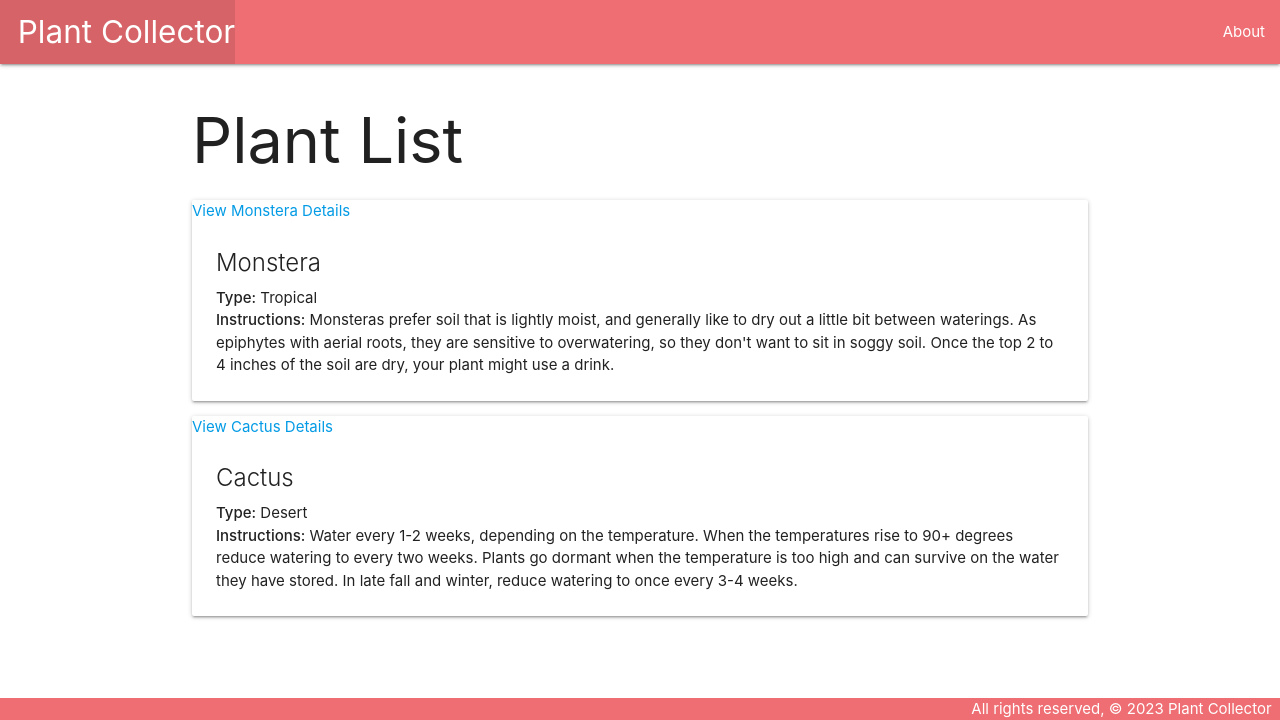
Repository: thecoachanna/plant-collector
Page: http://localhost/plants/
These files come from the project's save history. The page is drawn as it stood at one moment and after the next save; the edit follows.
The browser window is 1280 px wide. The pictures show the whole page.
The page is served by the project's application, run on Django 4.2 (manage.py). Other server files are loaded and not shown. The page reads the database file committed with the project.

Above is the page before, as saved 2023-03-11 15:39:09.

### main_app/templates/plants/index.html
{% extends 'base.html' %}
{% block content %}

<h1>Plant List</h1>

{% for plant in plants %}
  <div class="card">
    <a href='/plants/{{ plant.id }}'>View {{plant.name}} Details</a>
    <div class="card-content">
      <span class="card-title">{{ plant.name }}</span>
      <p><strong>Type:</strong> {{ plant.type }}</p>
      <p><strong>Instructions:</strong> {{plant.instructions}}</p>
    </div>
  </div>
{% endfor %}
{% endblock %}

### main_app/templates/base.html
{% load static %}
<!DOCTYPE html>
<html lang="en">
<head>
    <meta charset="UTF-8">
    <meta http-equiv="X-UA-Compatible" content="IE=edge">
    <meta name="viewport" content="width=device-width, initial-scale=1.0">
    <title>Plant Collector</title>
    <link rel="stylesheet" href="https://cdnjs.cloudflare.com/ajax/libs/materialize/1.0.0/css/materialize.min.css">
    <script src="https://cdnjs.cloudflare.com/ajax/libs/materialize/1.0.0/js/materialize.min.js"></script>
    <link rel="stylesheet" type="text/css" href="{% static 'css/style.css' %}">
</head>
<body>
    <header class="navbar-fixed">
        <nav>
            <div class="nav-wrapper">
                <ul>
                    <li><a href="/" class="left brand-logo">&nbsp;&nbsp;Plant Collector</a></li>
                </ul>
                <ul class="right">
                    <li><a href="{% url 'about' %}">About</a></li>
                    {% comment %} <li><a href="{% url 'plants_create' %}">Add a Plant</a></li>
                    <li><a href="{% url 'index' %}">View All My Plants</a></li> {% endcomment %}
                </ul>
            </div>
        </nav>
    </header>
    <main class="container">
        {% block content %}
        {% endblock %}
    </main>
    <footer class="page-footer">
        <div class="right">All rights reserved, &copy; 2023 Plant Collector &nbsp;</div>
    </footer>
</body>
</html>

### main_app/models.py
from django.db import models

# Create your models here.
class Plant(models.Model):
    name = models.CharField(max_length=100, default='')
    type = models.CharField(max_length=100, default='')
    instructions = models.TextField(max_length=400, default='')

    # dunder str method return plant name
    def __str__(self):
        return self.name

### main_app/views.py
from django.shortcuts import render
from .models import Plant

# Create your views here.
# View functions match URLs to code like Controllers in Express
# define home view function
def home(request):
    return render(request, 'home.html')

# define about view function
def about(request):
    return render(request, 'about.html')

# index route for plants
def plants_index(request):
    # pass data to our templates through view functions - gather relations from SQL using model methods
    plants = Plant.objects.all()
    return render(request, 'plants/index.html', {'plants': plants})

# Detail route for plants
# plant_id is defined, expecting an integer in our url
def plants_detail(request, plant_id):
    plant = Plant.objects.get(id=plant_id)

    return render(request, 'plants/detail.html', { 'plant': plant })

### plantcollector/urls.py
"""plantcollector URL Configuration

The `urlpatterns` list routes URLs to views. For more information please see:
    https://docs.djangoproject.com/en/4.1/topics/http/urls/
Examples:
Function views
    1. Add an import:  from my_app import views
    2. Add a URL to urlpatterns:  path('', views.home, name='home')
Class-based views
    1. Add an import:  from other_app.views import Home
    2. Add a URL to urlpatterns:  path('', Home.as_view(), name='home')
Including another URLconf
    1. Import the include() function: from django.urls import include, path
    2. Add a URL to urlpatterns:  path('blog/', include('blog.urls'))
"""
from django.contrib import admin
from django.urls import path, include

urlpatterns = [
    path('admin/', admin.site.urls),
    # '' represents the "starts with" path
    path('', include('main_app.urls')),
]

### main_app/urls.py
from django.urls import path
from . import views

urlpatterns = [
    # using an empty string makes this the root route
    # views.home refers to a view that renders a file
    # the name='home' kwarg gives the route a name
    # naming routes is optional but best practice
    path('', views.home, name='home'),
    path('about/', views.about, name='about'),
    # path for plants
    path('plants/', views.plants_index, name='index'),
    path('plants/<int:plant_id>/', views.plants_detail, name='detail'),
]

### db.sqlite3 (the tables this page reads, as SQL)
CREATE TABLE "main_app_plant" ("id" integer NOT NULL PRIMARY KEY AUTOINCREMENT, "instructions" text NOT NULL, "name" varchar(100) NOT NULL, "type" varchar(100) NOT NULL);
INSERT INTO "main_app_plant" VALUES
(1, 'Monsteras prefer soil that is lightly moist, and generally like to dry out a little bit between waterings. As epiphytes with aerial roots, they are sensitive to overwatering, so they don''t want to sit in soggy soil. Once the top 2 to 4 inches of the soil are dry, your plant might use a drink.', 'Monstera', 'Tropical'),
(2, 'Water every 1-2 weeks, depending on the temperature. When the temperatures rise to 90+ degrees reduce watering to every two weeks. Plants go dormant when the temperature is too high and can survive on the water they have stored. In late fall and winter, reduce watering to once every 3-4 weeks.', 'Cactus', 'Desert');

Loaded but not shown: main_app/static/css/style.css (common file)

After the next save:
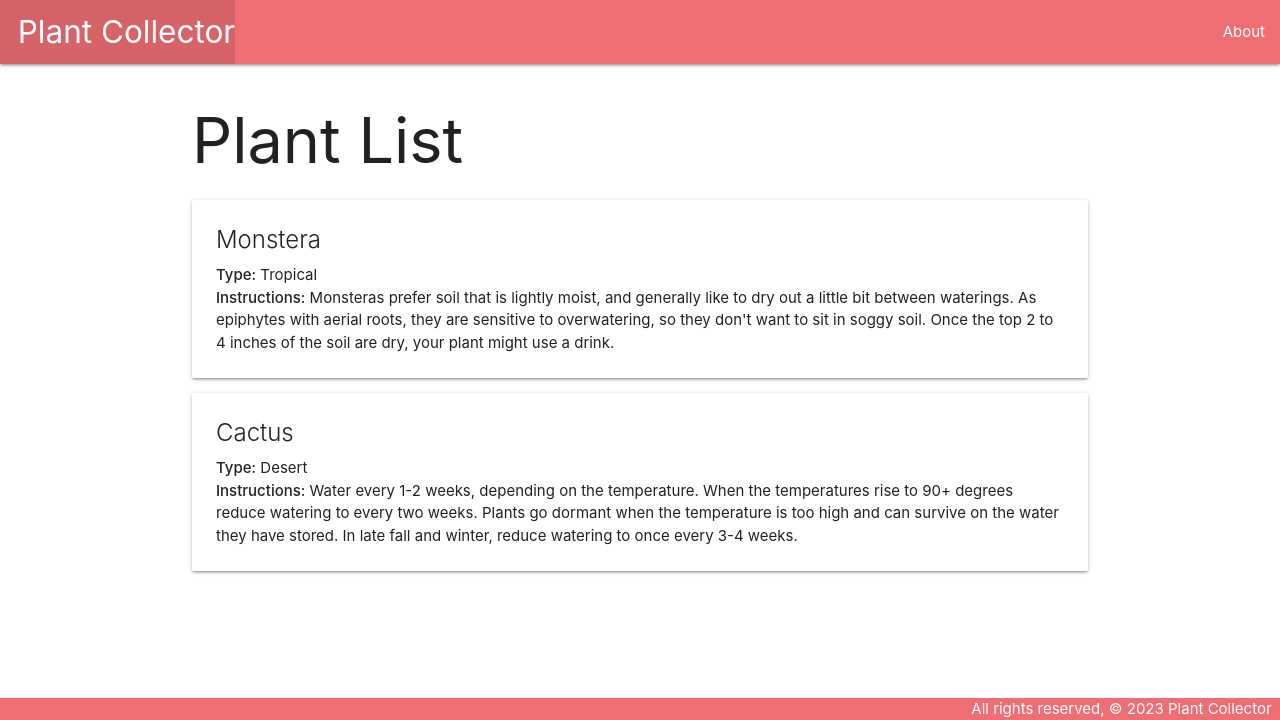
Saved 29 s later.
--- a/main_app/templates/plants/index.html
+++ b/main_app/templates/plants/index.html
@@ -5,7 +5,7 @@
 
 {% for plant in plants %}
   <div class="card">
-    <a href='/plants/{{ plant.id }}'>View {{plant.name}} Details</a>
+
     <div class="card-content">
       <span class="card-title">{{ plant.name }}</span>
       <p><strong>Type:</strong> {{ plant.type }}</p>
